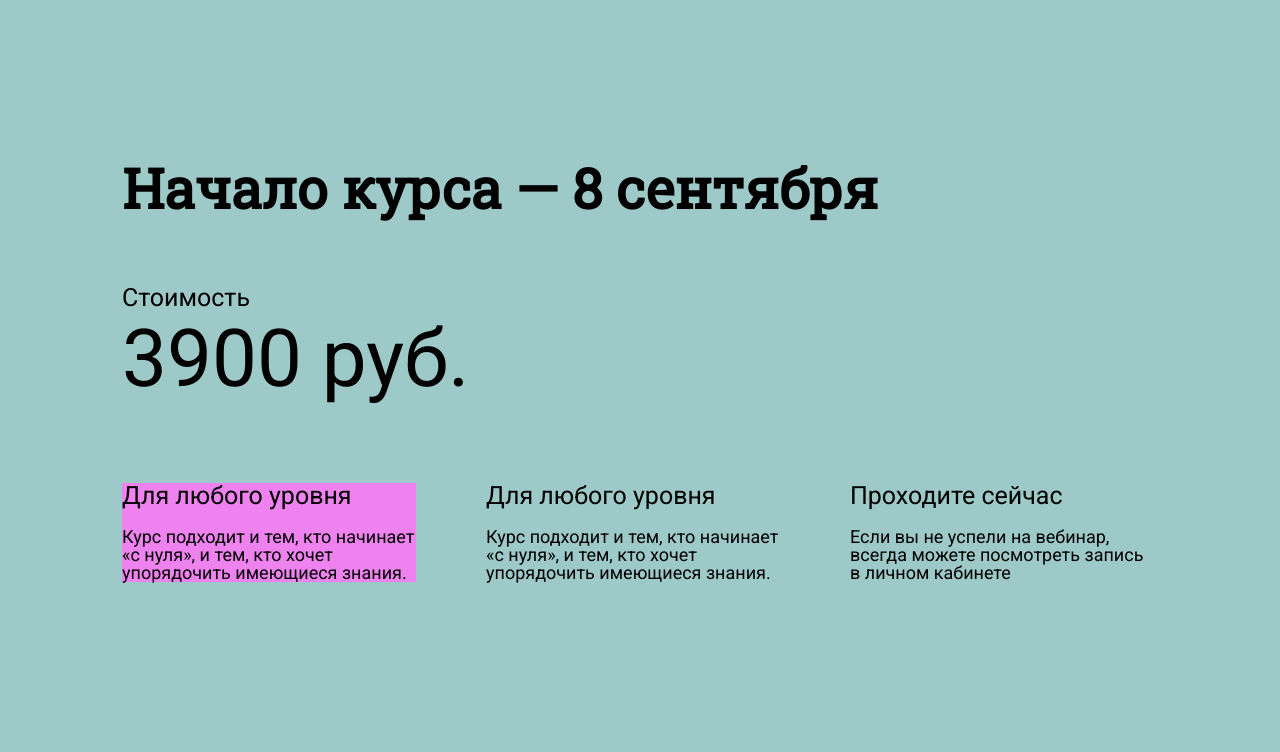
Repository: NatiqSamiyev/fiqma-task3
Page: index.html
An editor plug-in stored every save of this project. The page is shown before and after a run of saves, followed by the edit.
The browser window is 1280 px wide. The pictures show the whole page.

Above is the page before, as saved 2023-08-09 13:34:56.

After the next 2 saves:
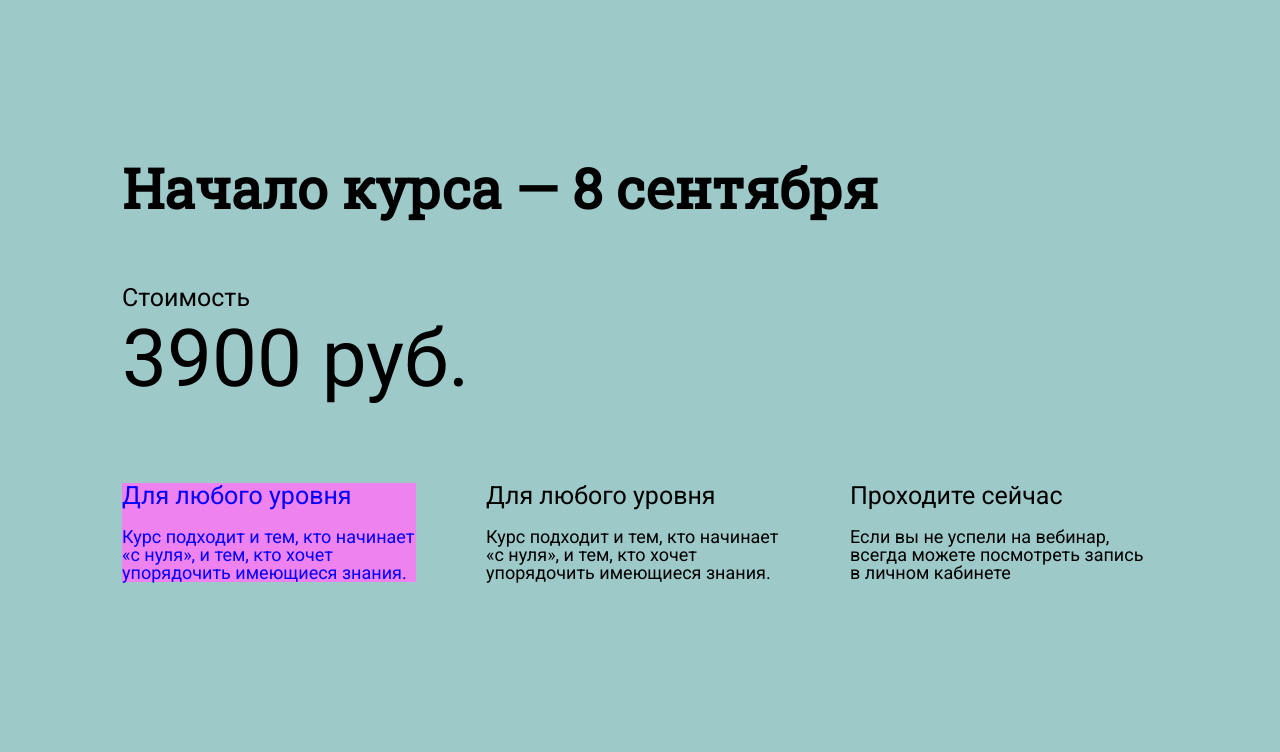
The 2 saves are shown as one change because they came seconds apart.
The last was saved 28 s later.
--- a/index.css
+++ b/index.css
@@ -54,7 +54,7 @@
 
 .container h4 {
   margin-bottom: 20px;
-  color: #000;
+  /* color: #000; */
   font-family: Roboto;
   font-size: 25px;
   font-style: normal;
@@ -63,7 +63,7 @@
 }
 
 .container p {
-  color: #000;
+  /* color: #000; */
   font-family: Roboto;
   font-size: 18px;
   font-style: normal;
